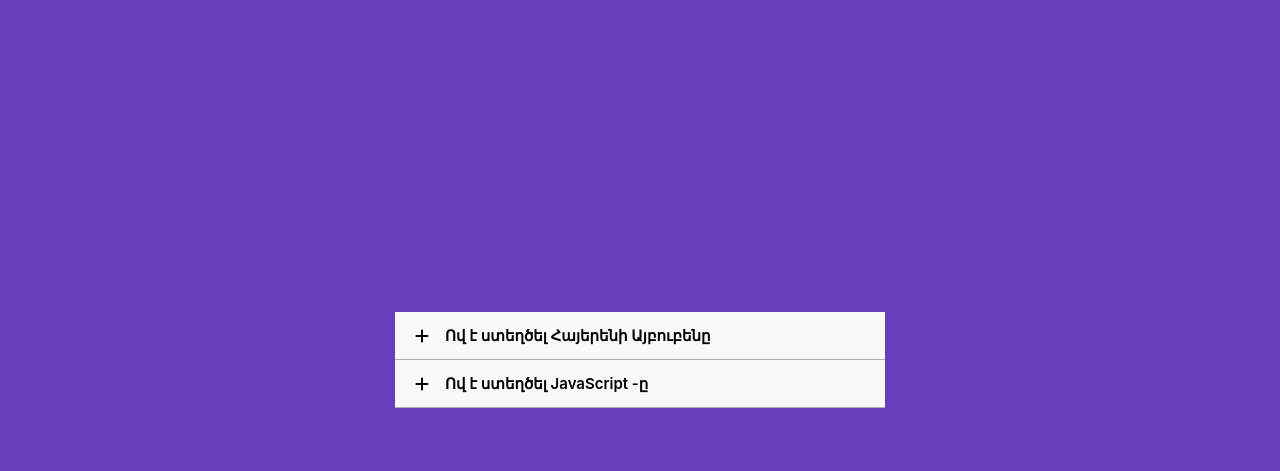
Repository: vardgeshakobyann/Accordion-ReactJS
Page: /
An editor plug-in stored every save of this project. The page is shown before and after the next save, followed by the edit.
The browser window is 1280 px wide. The pictures show the whole page.
The project was rebuilt for these pictures with package versions that can differ from the ones it lists, and the page was loaded fresh each time.

Above is the page before, as saved 2025-06-11 09:27:29.

### public/index.html
<!DOCTYPE html>
<html lang="en">
  <head>
    <meta charset="utf-8" />
    <link rel="icon" href="%PUBLIC_URL%/favicon.ico" />
    <meta name="viewport" content="width=device-width, initial-scale=1" />
    <meta name="theme-color" content="#000000" />
    <meta
      name="description"
      content="Web site created using create-react-app"
    />
    <link rel="apple-touch-icon" href="%PUBLIC_URL%/logo192.png" />
    <!--
      manifest.json provides metadata used when your web app is installed on a
      user's mobile device or desktop. See https://developers.google.com/web/fundamentals/web-app-manifest/
    -->
    <link rel="manifest" href="%PUBLIC_URL%/manifest.json" />
    <!--
      Notice the use of %PUBLIC_URL% in the tags above.
      It will be replaced with the URL of the `public` folder during the build.
      Only files inside the `public` folder can be referenced from the HTML.

      Unlike "/favicon.ico" or "favicon.ico", "%PUBLIC_URL%/favicon.ico" will
      work correctly both with client-side routing and a non-root public URL.
      Learn how to configure a non-root public URL by running `npm run build`.
    -->
      <link rel="stylesheet" href="https://cdnjs.cloudflare.com/ajax/libs/font-awesome/6.7.2/css/all.min.css" integrity="sha512-Evv84Mr4kqVGRNSgIGL/F/aIDqQb7xQ2vcrdIwxfjThSH8CSR7PBEakCr51Ck+w+/U6swU2Im1vVX0SVk9ABhg==" crossorigin="anonymous" referrerpolicy="no-referrer" />
    <title>React App</title>
  </head>
  <body>
    <noscript>You need to enable JavaScript to run this app.</noscript>
    <div id="root"></div>
    <!--
      This HTML file is a template.
      If you open it directly in the browser, you will see an empty page.

      You can add webfonts, meta tags, or analytics to this file.
      The build step will place the bundled scripts into the <body> tag.

      To begin the development, run `npm start` or `yarn start`.
      To create a production bundle, use `npm run build` or `yarn build`.
    -->
  </body>
</html>

### src/index.js
import ReactDOM from 'react-dom/client';
import './index.css';
import App from './App';

const root = ReactDOM.createRoot(document.getElementById('root'));
root.render(<App />);

### src/index.css
* {
  margin: 0;
  padding: 0;
  box-sizing: border-box;
}

body {
  margin: 0;
  font-family: -apple-system, BlinkMacSystemFont, 'Segoe UI', 'Roboto', 'Oxygen',
    'Ubuntu', 'Cantarell', 'Fira Sans', 'Droid Sans', 'Helvetica Neue',
    sans-serif;
  -webkit-font-smoothing: antialiased;
  -moz-osx-font-smoothing: grayscale;
  background: #673EBD;
}

code {
  font-family: source-code-pro, Menlo, Monaco, Consolas, 'Courier New',
    monospace;
}

### src/App.js
import './App.css';
import Accordion from './components/Accordion/Accordion';

function App() {
  return (
    <div className="App">
      <Accordion />
    </div>
  );
}

export default App;

### src/App.css
.App {
  width: 100%;
  height: 100vh;
  display: flex;
  justify-content: center;
  align-items: center;
}

### src/components/Accordion/Accordion.jsx
import './accordion.css';
import { data } from '../../DB';
import AccordionItem from '../AccordionItem/AccordionItem';

const Accordion = () => {
    return (
        <div className="accordion">
            {
                data.map((el) => {
                    return (
                        <AccordionItem
                            key={el.id}
                            question={el.question}
                        />
                    )
                })
            }
        </div>
    )
}

export default Accordion;

### src/components/Accordion/accordion.css
.accordion {
    width: 490px;
    border-radius: 4px;
}

### src/DB.js
export const data = [
    {
        id: 1,
        question: "Ով է ստեղծել Հայերենի Այբուբենը",
        answer: "Մեսրոպ Մաշտոցը 405թ -ին 5րդ դարում",
        isComplited: false
    },
    {
        id: 2,
        question: "Ով է ստեղծել JavaScript -ը",
        answer: "JavaScript -ը թողարկվել 1995թ -ին Netscape ընկերության կողմից, նրան ստեղծել է Բրենդան Այկը",
        isComplited: false
    }
];

### src/components/AccordionItem/AccordionItem.jsx
import './accordionItem.css';

const AccordionItem = ({question}) => {
    return (
        <div className="accordionItem">
            <div className="header">
                <div className="block">
                    <i className="fa-solid fa-plus"></i>
                    <p>{question}</p>
                </div>
            </div>
        </div>
    )
}

export default AccordionItem;

### src/components/AccordionItem/accordionItem.css
.accordionItem {
    width: 100%;
}

.accordionItem .header {
    width: 100%;
    height: 48px;
    background: #F8F8F8;
    padding: 10px;
    display: flex;
    justify-content: space-between;
    align-items: center;
    border-bottom: 1px solid #acacac;
    cursor: pointer;
}

.accordionItem .header .block {
    display: flex;
    justify-content: center;
    align-items: center;
    gap: 16px;
    padding: 10px;
}

.accordionItem .header .block p {
    font-weight: 600;
    font-size: 15px;
}

After the next save:
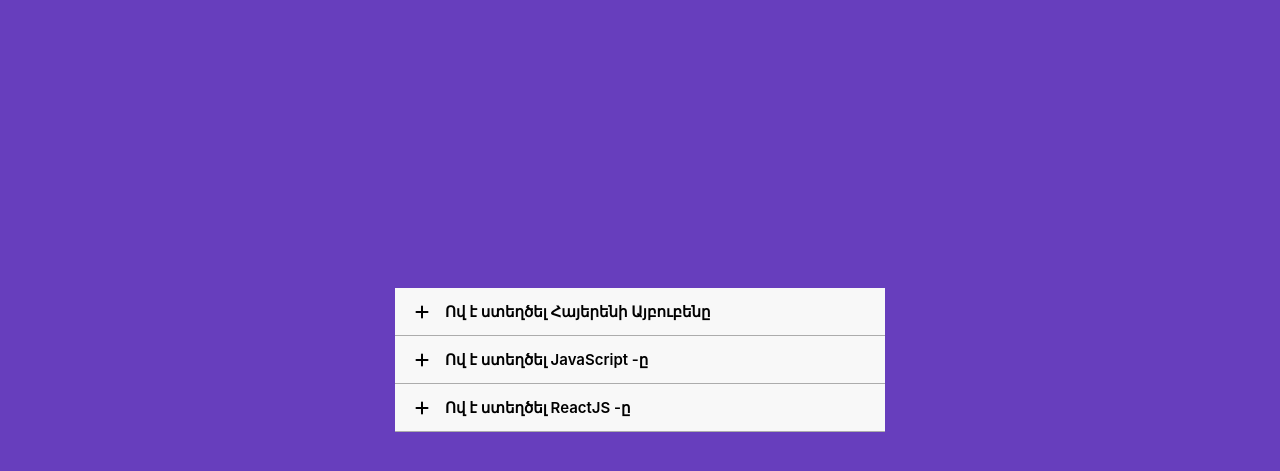
Saved 74 s later.
--- a/src/DB.js
+++ b/src/DB.js
@@ -10,5 +10,11 @@ export const data = [
         question: "Ով է ստեղծել JavaScript -ը",
         answer: "JavaScript -ը թողարկվել 1995թ -ին Netscape ընկերության կողմից, նրան ստեղծել է Բրենդան Այկը",
         isComplited: false
+    },
+    {
+        id: 3,
+        question: "Ով է ստեղծել ReactJS -ը",
+        answer: "ReactJS -ը ստեղծել է meta ընկերությունը 2013թ -ին",
+        isComplited: false
     }
 ];
